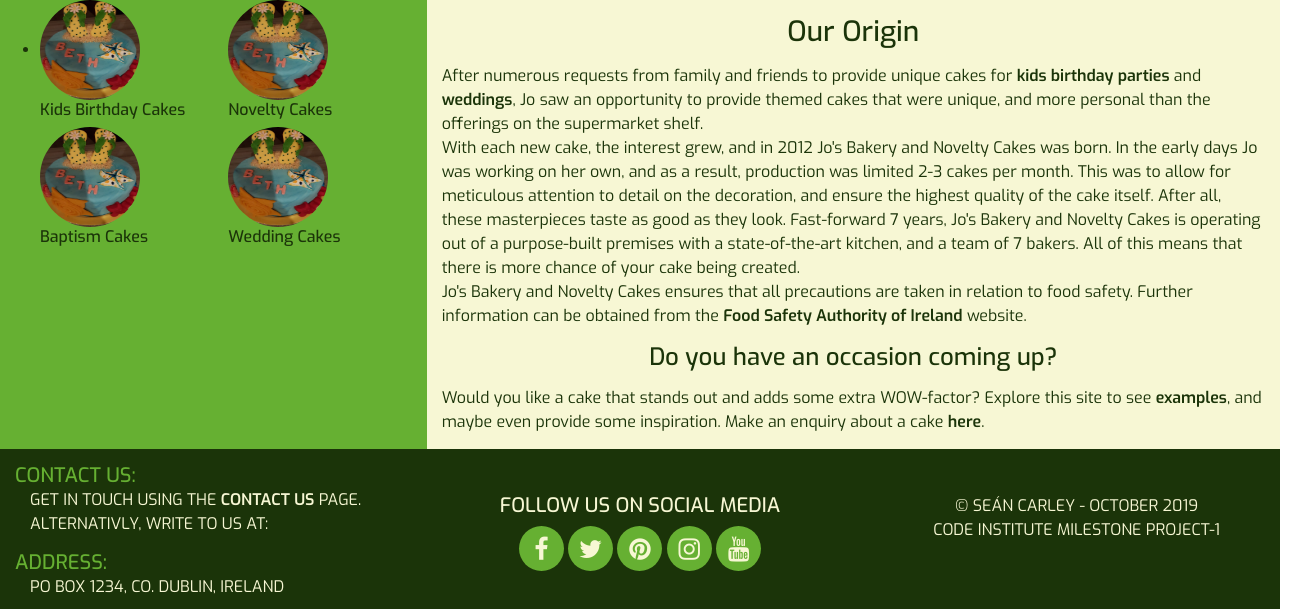
Repository: seanjcarley/Milestone1
Page: index.html
The author's editor kept a record of every edit. The page is drawn from the files as they stood at one moment, then again after the next edit.
The browser window is 1280 px wide. The page is 1295 px wide, so the pictures cover 1295 px, including what lies to the right of the window. The pictures show the part of the page from y = 258 to 867 px (the page is 867 px tall).

Above is the page before.

After the next edit:
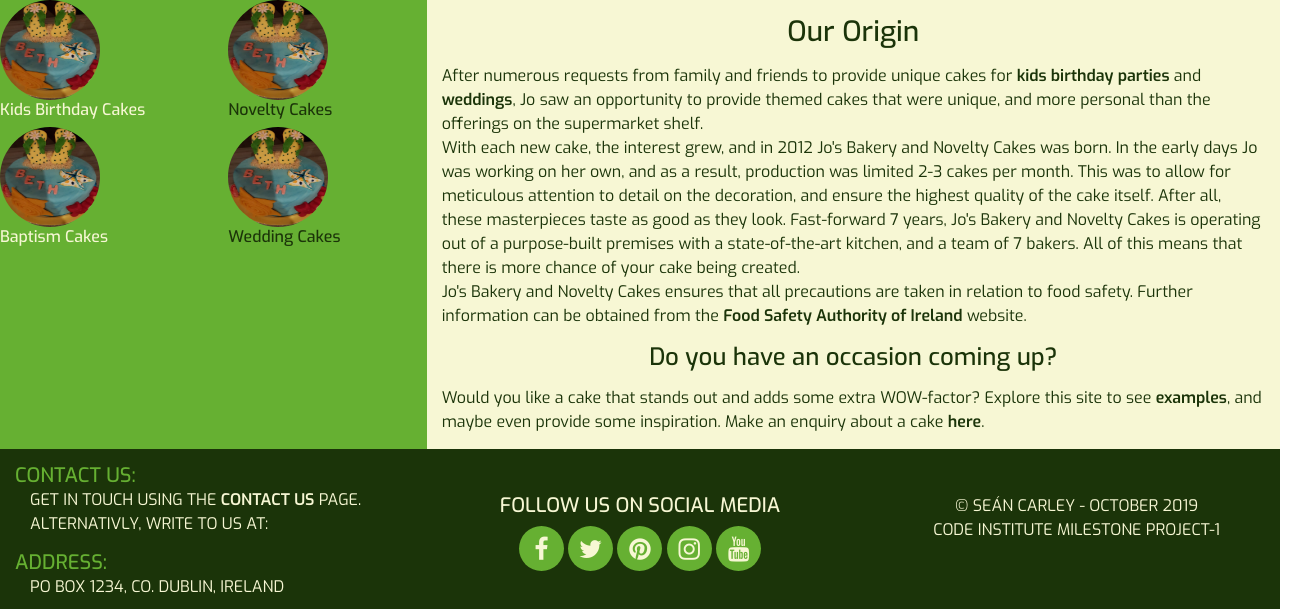
The edit:
--- a/index.html
+++ b/index.html
@@ -46,20 +46,18 @@
             <div class="col-md-4 side-section desktop">
                 <!--<h1>SIDE-SECTION</h1>-->
                 <div class="row">
-                <div class="col-md-6">
-                <ul>
-                    <li>
+                    <div class="col-md-6 side-section-menu">
                         <img src="images/Kids-Bday-1.jpg" alt="Beach Cake" class="rounded-circle mr-3" height=100 width=100>
                         <h6>Kids Birthday Cakes</h6>
                         <img src="images/Kids-Bday-1.jpg" alt="Beach Cake" class="rounded-circle mr-3" height=100 width=100>
                         <h6>Baptism Cakes</h6>
-                </div>
-                <div class="col-md-6">
+                    </div>
+                    <div class="col-md-6">
                         <img src="images/Kids-Bday-1.jpg" alt="Beach Cake" class="rounded-circle mr-3" height=100 width=100>
                         <h6>Novelty Cakes</h6>
                         <img src="images/Kids-Bday-1.jpg" alt="Beach Cake" class="rounded-circle mr-3" height=100 width=100>
                         <h6>Wedding Cakes</h6>
-                </div>
+                    </div>
                 </div>
             </div>
             <div class="col-md-8 main-section">
